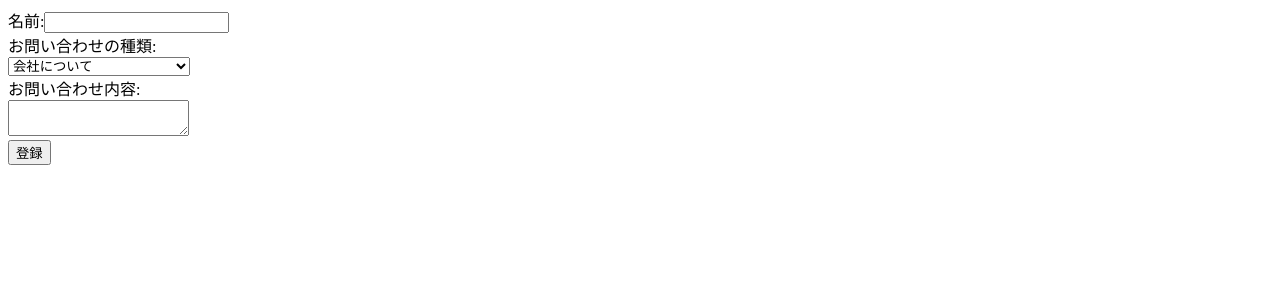
Repository: shimizuyusuke/backup
Page: http://localhost/HelloServlet2/inquiry.jsp
An editor plug-in stored every save of this project. The page is shown before and after the next save, followed by the edit.
The browser window is 1280 px wide. The pictures show the whole page.
The page is served by Tomcat 9. Other server files are loaded and not shown.

Above is the page before, as saved 2018-01-18 02:43:33.

### HelloServlet2/WebContent/inquiry.jsp
<%@ page language="java" contentType="text/html; charset=UTF-8"
    pageEncoding="UTF-8"%>
<!DOCTYPE html>
<html>
<head>
<meta charset="UTF-8">
<title>お問い合わせフォーム</title>
</head>
<body>

<form method="post" action="InquiryServlet">
   名前:<input type="text" name="name"><br>
   お問い合わせの種類:<br><select name="qtype">
      <option value="company">会社について</option>
      <option value="product">製品について</option>
      <option value="support">アフターサポートについて</option>
   </select><br>お問い合わせ内容:<br>
   <textarea name="body">
</textarea>
   <br><input type="submit" value="登録">
</form>

</body>
</html>

After the next save:
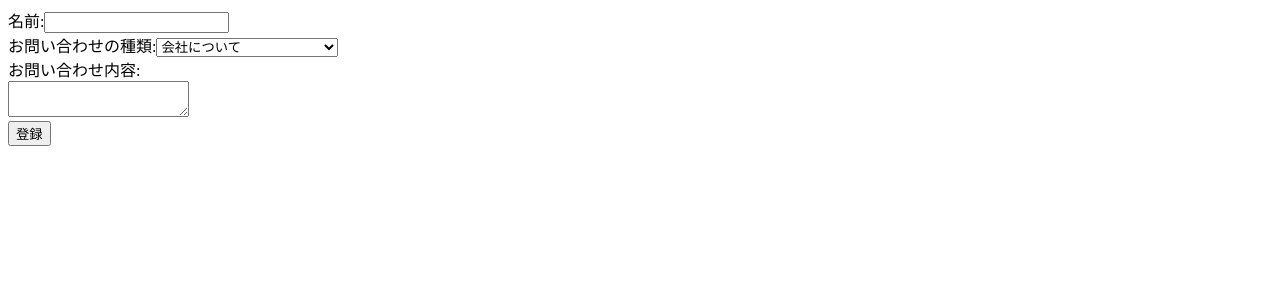
Saved 69 s later.
--- a/HelloServlet2/WebContent/inquiry.jsp
+++ b/HelloServlet2/WebContent/inquiry.jsp
@@ -10,7 +10,7 @@
 
 <form method="post" action="InquiryServlet">
    名前:<input type="text" name="name"><br>
-   お問い合わせの種類:<br><select name="qtype">
+   お問い合わせの種類:<select name="qtype">
       <option value="company">会社について</option>
       <option value="product">製品について</option>
       <option value="support">アフターサポートについて</option>
